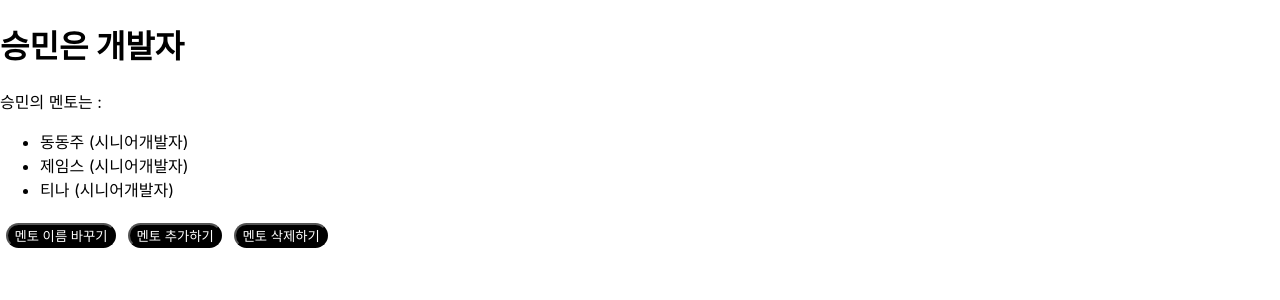
Repository: dnjfht/css-example
Page: /
These files come from the project's save history. The page is drawn as it stood at one moment and after a run of saves; the edit follows.
The browser window is 1280 px wide. The pictures show the whole page.
The project was rebuilt for these pictures with package versions that can differ from the ones it lists, and the page was loaded fresh each time.

Above is the page before, as saved 2023-05-11 04:01:00.

### src/App.js
import React, { useState } from "react";

export default function App() {
  const [person, setPerson] = useState({
    name: "승민",
    title: "개발자",
    mentors: [
      {
        name: "동동주",
        title: "시니어개발자",
      },
      {
        name: "제임스",
        title: "시니어개발자",
      },
      {
        name: "티나",
        title: "시니어개발자",
      },
    ],
  });

  const ClickMentorNameChange = () => {
    const prev = prompt("누구의 이름을 바꾸고 싶은가요?");
    const current = prompt("이름을 무엇으로 바꾸고 싶은가요?");

    setPerson((person) => ({
      ...person,
      mentors: person.mentors.map((mentor) => {
        if (mentor.name === prev) {
          return { ...mentor, name: current };
        }
        return mentor;
      }),
    }));
  };

  const ClickAddMentor = () => {
    const name = prompt("추가할 멘토의 이름은 무엇입니까?");
    const title = prompt("추가할 멘토의 직함은 무엇입니까?");

    setPerson((person) => ({
      ...person,
      mentors: [...person.mentors, { name, title }],
    }));
  };

  const ClickDeleteMentor = () => {
    const name = prompt("삭제할 멘토의 이름은 무엇입니까?");

    setPerson((person) => ({
      ...person,
      mentors: person.mentors.filter((mentor) => {
        return mentor.name !== name;
      }),
    }));
  };

  return (
    <div>
      <h1>
        {person.name}은 {person.title}
      </h1>
      <p>{person.name}의 멘토는 :</p>
      <ul>
        {person.mentors.map((mentor, index) => {
          return (
            <li key={index}>
              {mentor.name} ({mentor.title})
            </li>
          );
        })}
      </ul>
      <Button text="멘토 이름 바꾸기" onClick={ClickMentorNameChange} />
      <Button text="멘토 추가하기" onClick={ClickAddMentor} />
      <Button text="멘토 삭제하기" onClick={ClickDeleteMentor} />
    </div>
  );
}

function Button({ text, onClick }) {
  console.log("Button", text, "re-rendering !!");

  return (
    <button
      onClick={onClick}
      style={{
        backgroundColor: "black",
        color: "white",
        borderRadius: 20,
        margin: "0.4rem",
      }}
    >
      {text}
    </button>
  );
}

Loaded but not shown: public/index.html (common file); src/index.js (common file); src/index.css (common file); src/reportWebVitals.js (common file)

After the next 2 saves:
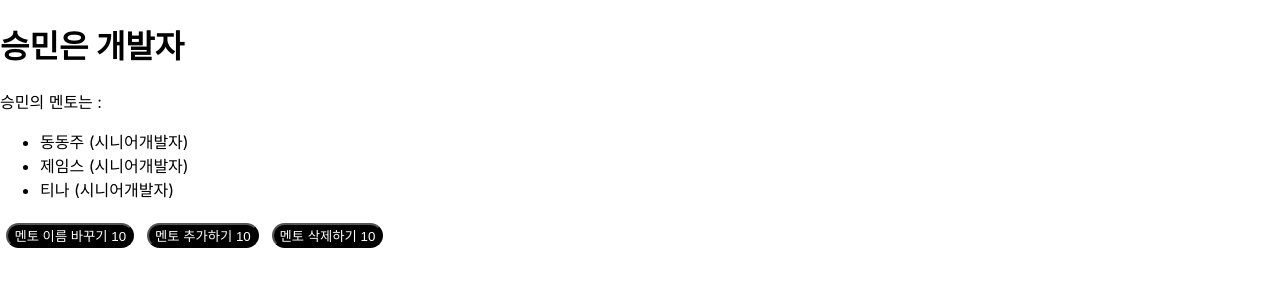
The 2 saves are shown as one change because 1 did not build or start.
The last was saved 18 min 53 s later.
--- a/src/App.js
+++ b/src/App.js
@@ -80,6 +80,7 @@ export default function App() {
 
 function Button({ text, onClick }) {
   console.log("Button", text, "re-rendering !!");
+  const result = calculateSomething();
 
   return (
     <button
@@ -91,7 +92,14 @@ function Button({ text, onClick }) {
         margin: "0.4rem",
       }}
     >
-      {text}
+      {`${text} ${result}`}
     </button>
   );
 }
+
+function calculateSomething() {
+  for (let i = 0; i < 10000; i++) {
+    console.log("💖💖💖");
+  }
+  return 10;
+}
